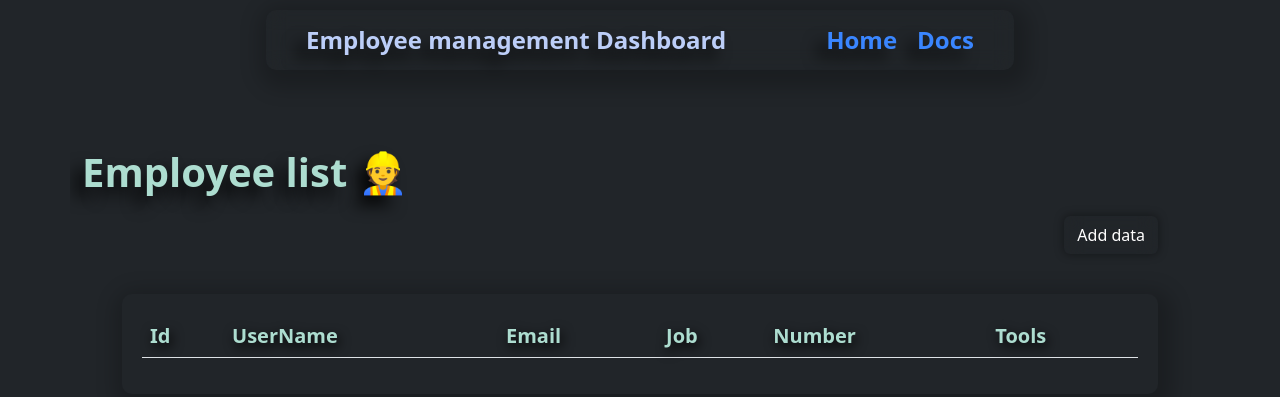
Repository: iamevs/Employee-Management-System
Page: /home (app in client/)
The author's editor kept a copy of each file at every save. The page is drawn from the files as they stood at one save, then again after the next save.
The browser window is 1280 px wide. The pictures show the whole page.
The page's requests for data from a server got no answer. The project was rebuilt for these pictures with package versions that can differ from the ones it lists, and the page was loaded fresh each time. No one was signed in, and anything a server would have sent is missing. Also part of the build but not shown: client/vite.config.js, client/src/components/Register.jsx, client/src/components/Edit.jsx, client/src/components/Hero.jsx. Imported but missing from the stored project, and not drawn on this page: client/src/components/Details.

Above is the page before, as saved 2022-11-29 00:36:20.

### client/index.html
<html lang="en">
  <head>
    <meta charset="UTF-8" />
    <link rel="icon" type="image/svg+xml" href="/vite.svg" />
    <meta name="viewport" content="width=device-width, initial-scale=1.0" />
    <title>employee-management</title>
  </head>
  <body>
    <div id="root"></div>
    <script type="module" src="/src/main.jsx"></script>
  </body>
</html>

### client/src/main.jsx
import React, { StrictMode } from 'react';
import ReactDOM from 'react-dom';
import { createRoot } from "react-dom/client";
import './index.css';
import App from './App';
import { BrowserRouter } from "react-router-dom"
import ContextProvider from "./components/context/ContextProvider";
// root.render(
//   <StrictMode>
//   <ContextProvider>
//     <BrowserRouter>
//       <App />
//     </BrowserRouter>
//   </ContextProvider>
//   </StrictMode>
//   ,
//   document.getElementById('root')
// );


createRoot(document.getElementById('root')).render(
  <ContextProvider>
    <BrowserRouter>
      <App />
    </BrowserRouter>
  </ContextProvider>
)

### client/src/index.css
body {
  margin: 0;
  font-family: -apple-system, BlinkMacSystemFont, 'Segoe UI', 'Roboto', 'Oxygen',
    'Ubuntu', 'Cantarell', 'Fira Sans', 'Droid Sans', 'Helvetica Neue',
    sans-serif;
  -webkit-font-smoothing: antialiased;
  -moz-osx-font-smoothing: grayscale;
  background-color: #212529 !important;
  color: #fff !important;
}

code {
  font-family: source-code-pro, Menlo, Monaco, Consolas, 'Courier New',
    monospace;
}

.btns{
  display: flex;
  justify-content: space-between;
}

.btns > .tool, .tool{
  /* border: 1px solid #fff; */
  backdrop-filter: blur(10px);
  box-shadow: 0px 0px 9px 1px rgb(0 0 0 / 35%);
}

### client/src/App.jsx
import './App.css';
import "../node_modules/bootstrap/dist/css/bootstrap.min.css"
import "../node_modules/bootstrap/dist/js/bootstrap.bundle.min.js"
import Navbar from './components/Navbar';
import Home from './components/Home';
import Register from './components/Register';
import Edit from './components/Edit';
import Details from './components/Details';
import Hero from "./components/Hero.jsx";
import {Routes,Route} from "react-router-dom"




function App() {
  return (
   <>
    <Navbar />
    <Routes>
      <Route path="/" element={<Hero/>} />
      <Route  path="/home" element={<Home/>} />
      <Route exact path="/register" element={<Register/>} />
      <Route exact path="/edit/:id" element={<Edit/>} />
      <Route exact path="/view/:id" element={<Details/>} />
    </Routes>

   </>
  );
}

export default App;

### client/src/components/context/ContextProvider.jsx
import React, { createContext, useState } from 'react'


export const adddata = createContext("");
export const updatedata = createContext("");
export const deldata = createContext("");

const ContextProvider = ({ children }) => {

    const [udata, setUdata] = useState("");
    const [updata, setUPdata] = useState("");
    const [dltdata, setDLTdata] = useState("");


    return (
        <adddata.Provider value={{ udata, setUdata }}>
            <updatedata.Provider value={{ updata, setUPdata }}>
                <deldata.Provider value={{dltdata, setDLTdata}}>
                    {children}
                </deldata.Provider>

            </updatedata.Provider>

        </adddata.Provider>
    )
}

export default ContextProvider;

### client/src/App.css
.add_btn{
  text-align: right;
}

.container{
  overflow: auto;
}

.left_view h3{
  font-size: 21px;
}

.left_view p{
  font-weight: 600;
}

.left_view span{
  font-weight: 400;
}

.right_view p{
  font-weight: 600;
}


.right_view span{
  font-weight: 400;
}

### client/src/components/Navbar.jsx
import React from 'react'
import { NavLink } from 'react-router-dom'
import { Box, Stack } from "@mui/material";


const Navbar = () => {
    return (
        <Stack justifyContent={"center"} direction={"row"} marginTop={"10px"}>
            <Box justifyContent={"space-between"} alignItems={"center"} className="navbar navbar-expand-lg text-white" sx={{
                backgroundColor: "transparent",
                backdropFilter: "blur(10px) !important",
                position: "relative",
                color: "white",
                boxShadow: "4px 7px 20px 11px rgb(0 0 0 / 20%)",
                height: "60px",
                padding: "0 40px 0 40px",
                width: "auto",
                borderRadius: "10px"
            }}>
                <Box sx={{
                    fontSize: "1.5rem",
                    color: "#BCCEF8",
                    fontWeight: "600",
                    textShadow: "-10px 10px 15px rgba(0, 0, 0, 0.8)",
                    marginRight: "100px"
                }}>Employee management Dashboard</Box>
                <Box direction={"row"}>
                    <a href="/home" style={{
                        fontSize: "1.5rem",
                        color: "#3a86ff",
                        fontWeight: "600",
                        textShadow: "-10px 10px 15px rgba(0, 0, 0, 0.8)",
                        textDecoration: "none",
                    }}>Home</a>
                    <a href="/" style={{
                        fontSize: "1.5rem",
                        color: "#3a86ff",
                        fontWeight: "600",
                        textShadow: "-10px 10px 15px rgba(0, 0, 0, 0.8)",
                        textDecoration: "none",
                        marginLeft: "20px"
                    }}>Docs</a>

                </Box>
            </Box>
        </Stack>
    )
}

export default Navbar

### client/src/components/Home.jsx
import React, { useState, useEffect, useContext } from 'react'
import ReadMoreRoundedIcon from '@mui/icons-material/ReadMoreRounded';
import NoteAltOutlinedIcon from '@mui/icons-material/NoteAltOutlined';
import DeleteOutlineIcon from '@mui/icons-material/DeleteOutline';
import { NavLink } from 'react-router-dom';
import { adddata, deldata } from './context/ContextProvider';
import { updatedata } from './context/ContextProvider'
import ReactTooltip from 'react-tooltip';

var getuserlink = "http://localhost:8001/getusers";


const Home = () => {

    const [getuserdata, setUserdata] = useState([]);

    console.log(getuserdata);

    const { udata, setUdata } = useContext(adddata);

    const { updata, setUPdata } = useContext(updatedata);

    const { dltdata, setDLTdata } = useContext(deldata);

    const getdata = async () => {

        const res = await fetch(getuserlink, {
            method: "GET",
            headers: {
                "Content-Type": "application/json"
            }
        });

        const data = await res.json();
        console.log(data);

        if (res.status === 422 || !data) {
            console.log("error ");

        } else {
            setUserdata(data)
            console.log("get data");

        }
    }

    useEffect(() => {
        getdata();
    }, [])

    const deleteuser = async (id) => {

        const res2 = await fetch(`/deleteuser/${id}`, {
            method: "DELETE",
            headers: {
                "Content-Type": "application/json"
            }
        });

        const deletedata = await res2.json();
        console.log(deletedata);

        if (res2.status === 422 || !deletedata) {
            console.log("error");
        } else {
            console.log("user deleted");
            setDLTdata(deletedata)
            getdata();
        }

    }


    return (

        <>
            {
                udata ?
                    <>
                        <div className="alert alert-success alert-dismissible fade show" role="alert">
                            <strong>{udata.name}</strong>  added succesfully!
                            <button type="button" className="btn-close" data-bs-dismiss="alert" aria-label="Close"></button>
                        </div>
                    </> : ""
            }
            {
                updata ?
                    <>
                        <div className="alert alert-success alert-dismissible fade show" role="alert">
                            <strong>{updata.name}</strong>  updated succesfully!
                            <button type="button" className="btn-close" data-bs-dismiss="alert" aria-label="Close"></button>
                        </div>
                    </> : ""
            }

            {
                dltdata ?
                    <>
                        <div className="alert alert-danger alert-dismissible fade show" role="alert">
                            <strong>{dltdata.name}</strong>  deleted succesfully!
                            <button type="button" className="btn-close" data-bs-dismiss="alert" aria-label="Close"></button>
                        </div>
                    </> : ""
            }


            <div className="mt-5">
                <div className="container">

                    <h2 style={{
                        marginTop: "30px",
                        fontSize: "2.5rem",
                        color: "#ADDDD0",
                        fontWeight: "600",
                        marginBottom: "20px",
                        textShadow: "-10px 10px 15px rgba(0, 0, 0, 0.8)"
                    }}>Employee list <span style={{ fontSize: "40px" }}>👷</span> </h2>
                    <div className="add_btn mt-2 mb-2">
                        <NavLink to="/register" className="btn text-white tool" style={{marginRight: "40px"}}>Add data</NavLink>
                    </div>

                    <div className='table-responsive' style={{
                        backgroundColor: "transparent",
                        backdropFilter: "blur(10px) !important",
                        // position: "relative",
                        // color: "#ADDDD0",
                        boxShadow: "4px 7px 20px 11px rgb(0 0 0 / 20%)",
                        borderRadius: "10px",
                        padding: "20px",
                        height: "auto",
                        margin: "40px"
                    }}>
                        <table class="table">
                            <thead>
                                <tr className="table" style={{
                                    fontSize: "20px",
                                    color: "#ADDDD0",
                                    filter: "drop-shadow(2px 4px 6px black)",
                                }}>
                                    <th scope="col">Id</th>
                                    <th scope="col">UserName</th>
                                    <th scope="col">Email</th>
                                    <th scope="col">Job</th>
                                    <th scope="col">Number</th>
                                    <th scope="col">Tools</th>
                                </tr>
                            </thead>
                            <tbody>

                                {
                                    getuserdata.map((val, ind) => {
                                        return (
                                            <tr className='text-white'>
                                                <th scope="row">{ind + 1}</th>
                                                <td>{val.name}</td>
                                                <td>{val.email}</td>
                                                <td>{val.work}</td>
                                                <td>{val.mobile}</td>
                                                <td className='btns'>
                                                    <NavLink to={`/view/${val._id}`} className="btn text-white tool" data-tip="More Details"><ReadMoreRoundedIcon /></NavLink>
                                                    <NavLink to={`/update/${val._id}`} className="btn text-white tool" data-tip="Edit Details"><NoteAltOutlinedIcon /></NavLink>
                                                    <button onClick={() => deleteuser(val._id)} className="btn text-white tool" data-tip="Fire Employee"><DeleteOutlineIcon /></button>
                                                    <ReactTooltip />
                                                </td>
                                            </tr>
                                        )
                                    })
                                }
                            </tbody>
                        </table>
                    </div>
                </div>
            </div>
        </>
    )
}

export default Home

After the next save:
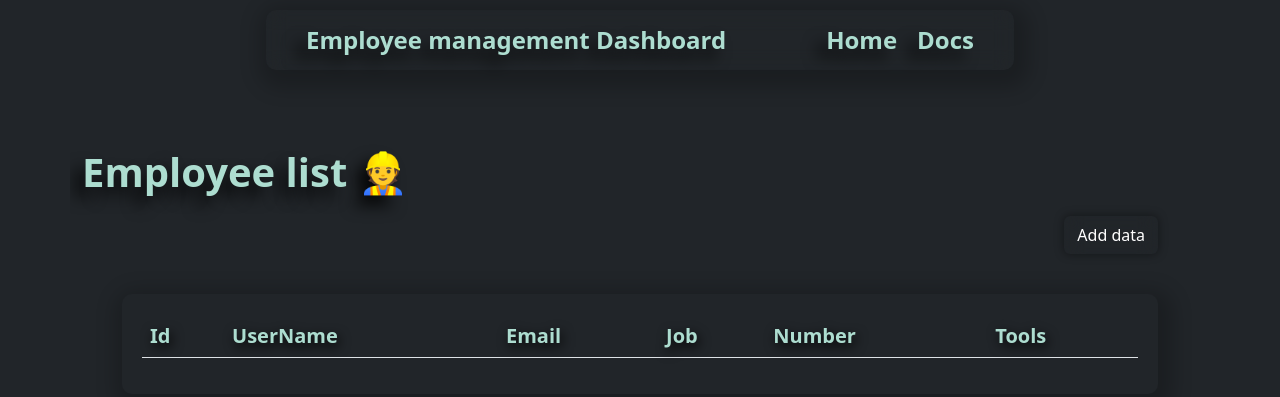
Saved 34 s later.
--- a/client/src/components/Navbar.jsx
+++ b/client/src/components/Navbar.jsx
@@ -19,7 +19,7 @@ const Navbar = () => {
             }}>
                 <Box sx={{
                     fontSize: "1.5rem",
-                    color: "#BCCEF8",
+                    color: "#ADDDD0",
                     fontWeight: "600",
                     textShadow: "-10px 10px 15px rgba(0, 0, 0, 0.8)",
                     marginRight: "100px"
@@ -27,14 +27,14 @@ const Navbar = () => {
                 <Box direction={"row"}>
                     <a href="/home" style={{
                         fontSize: "1.5rem",
-                        color: "#3a86ff",
+                        color: "#ADDDD0",
                         fontWeight: "600",
                         textShadow: "-10px 10px 15px rgba(0, 0, 0, 0.8)",
                         textDecoration: "none",
                     }}>Home</a>
                     <a href="/" style={{
                         fontSize: "1.5rem",
-                        color: "#3a86ff",
+                        color: "#ADDDD0",
                         fontWeight: "600",
                         textShadow: "-10px 10px 15px rgba(0, 0, 0, 0.8)",
                         textDecoration: "none",
